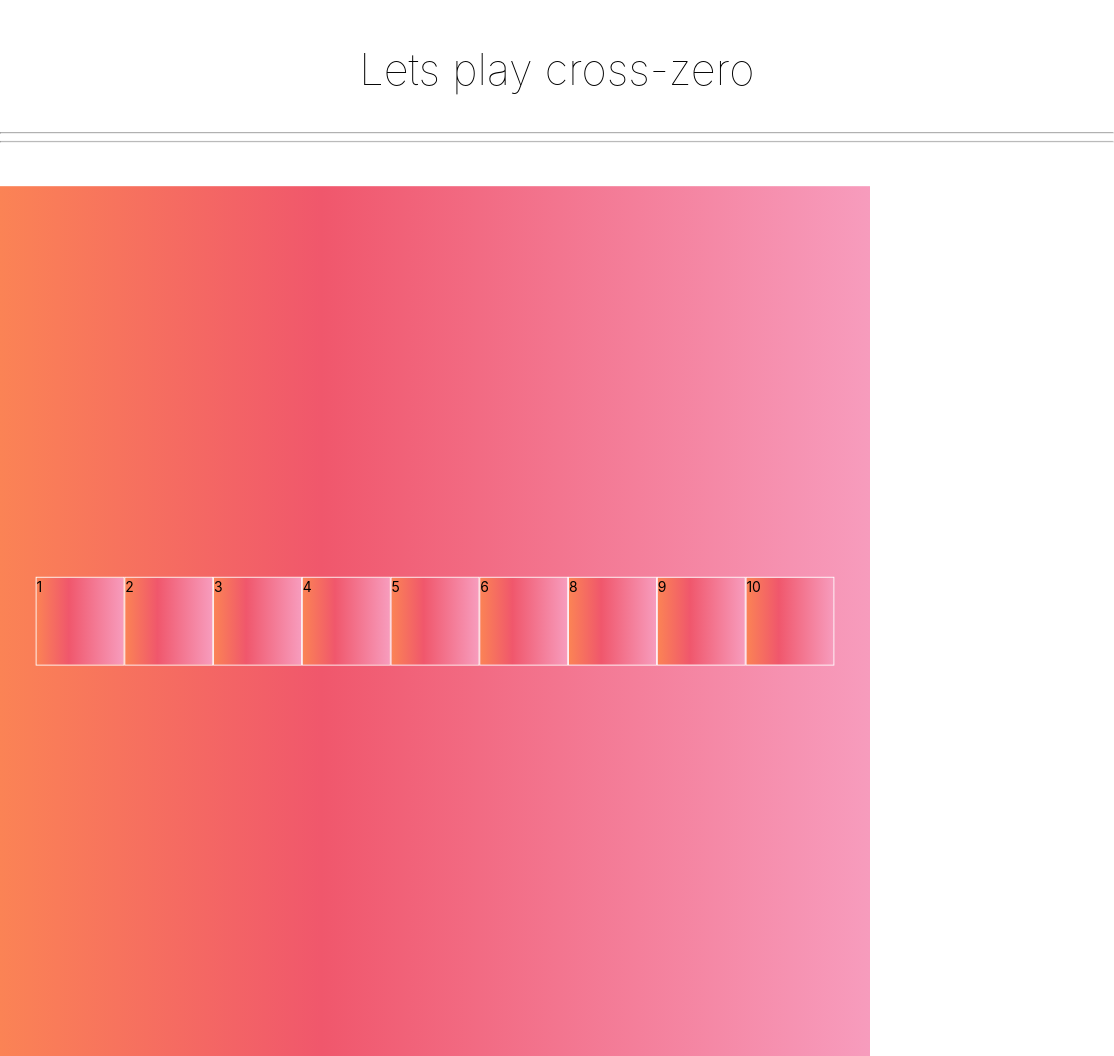
Repository: PGVlasov/cross-zero-game
Page: /
An editor plug-in stored every save of this project. The page is shown before and after the next save, followed by the edit.
The browser window is 1280 px wide. The pictures show the whole page, at 87% of full size.
The project was rebuilt for these pictures with package versions that can differ from the ones it lists, and the page was loaded fresh each time. Also part of the build but not shown: webpack.config.js, src/Containers/Field/Field.module.css, src/Containers/Field/Field.js.

Above is the page before, as saved 2020-11-27 14:59:28.

After the next save:
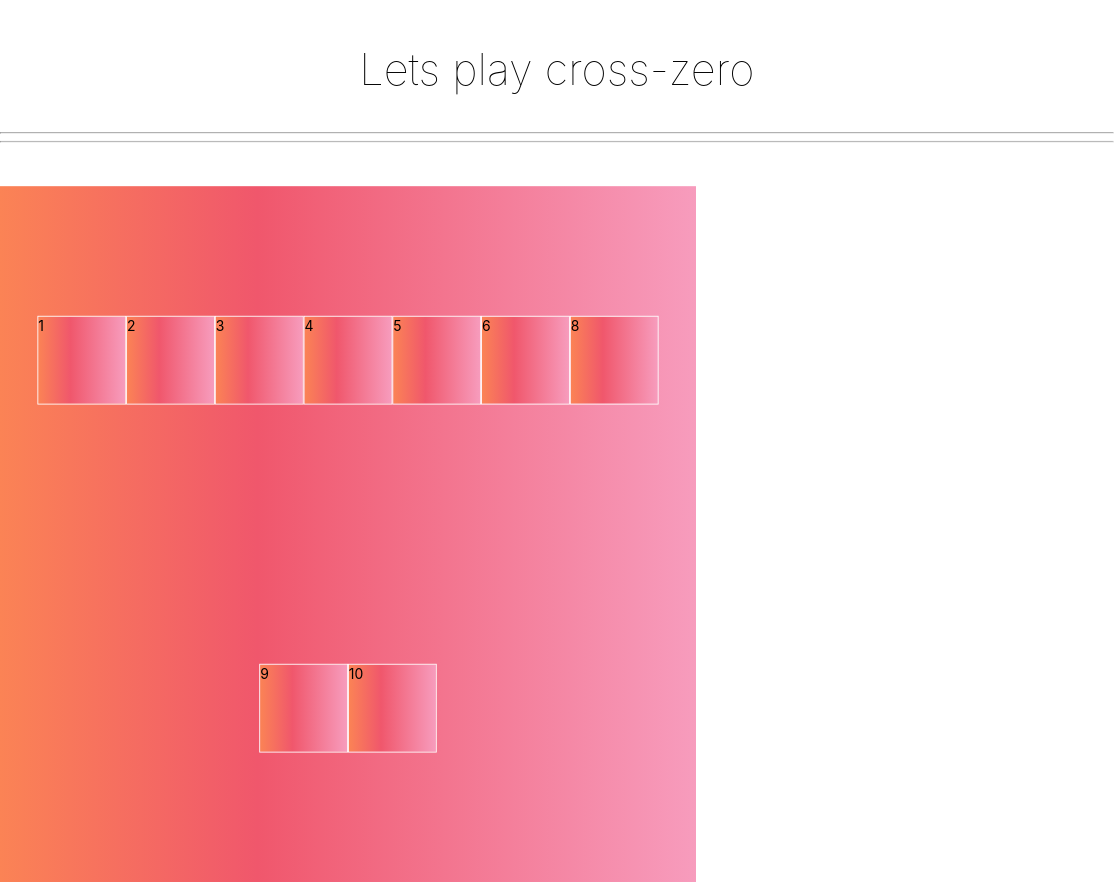
Saved 20 s later.
--- a/src/Containers/Field/Field1.module.css
+++ b/src/Containers/Field/Field1.module.css
@@ -1,7 +1,7 @@
 .Field1 {
-  width: 1000px;
-  height: 1000px;
-  max-width: 1000px;
+  width: 800px;
+  height: 800px;
+  max-width: 800px;
   display: flex;
   justify-content: center;
   margin-top: 50px;
